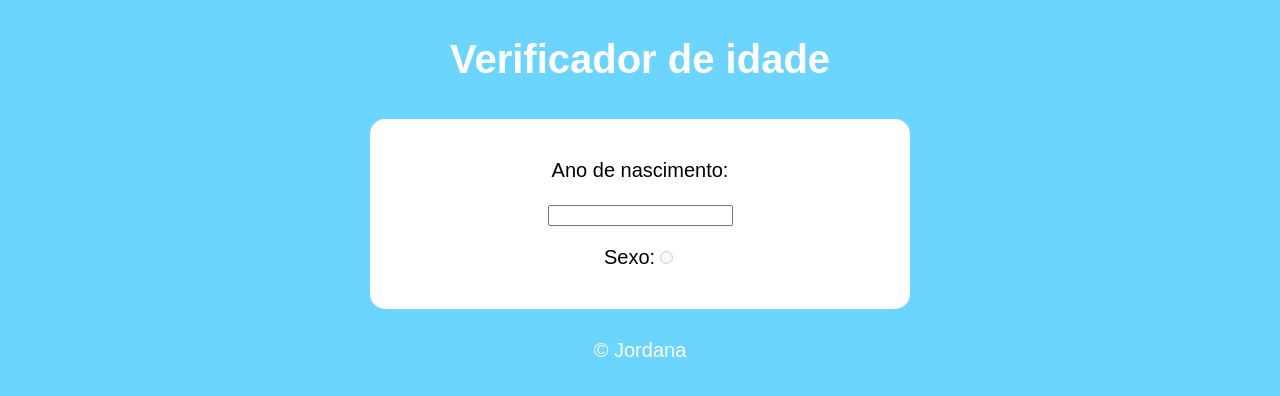
Repository: Iamjordana/Curso-JavaScript
Page: desafio/d02/index.html
These files come from the project's save history. The page is drawn as it stood at one moment and after a run of saves; the edit follows.
The browser window is 1280 px wide. The pictures show the whole page.

Above is the page before, as saved 2025-02-20 13:39:08.

After the next 6 saves:
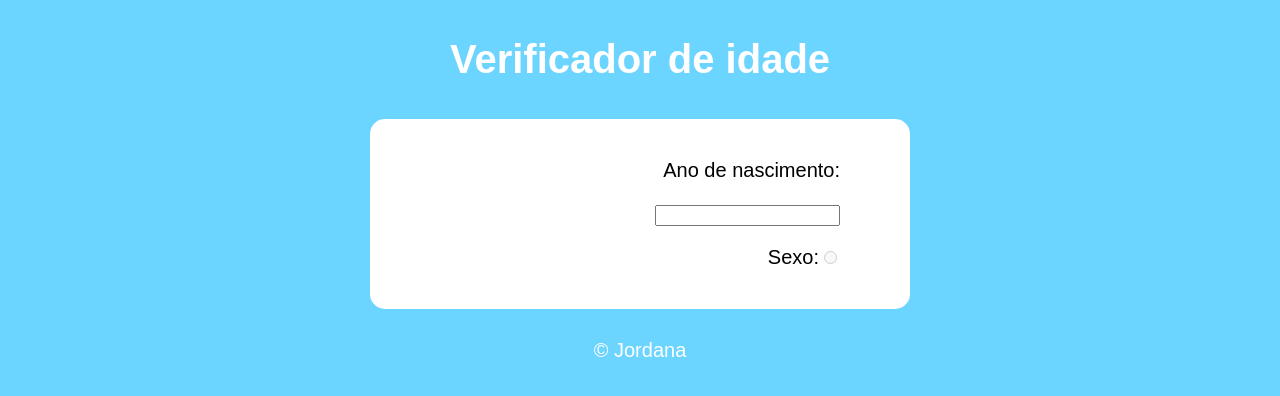
The 6 saves are shown as one change because they came seconds apart.
The last was saved 24 s later.
--- a/desafio/d02/style.css
+++ b/desafio/d02/style.css
@@ -16,7 +16,7 @@ header {
 div {
   margin: 0 auto;
   width: 80%;
-  text-align: center;
+  text-align:right
 }
 
 section {
